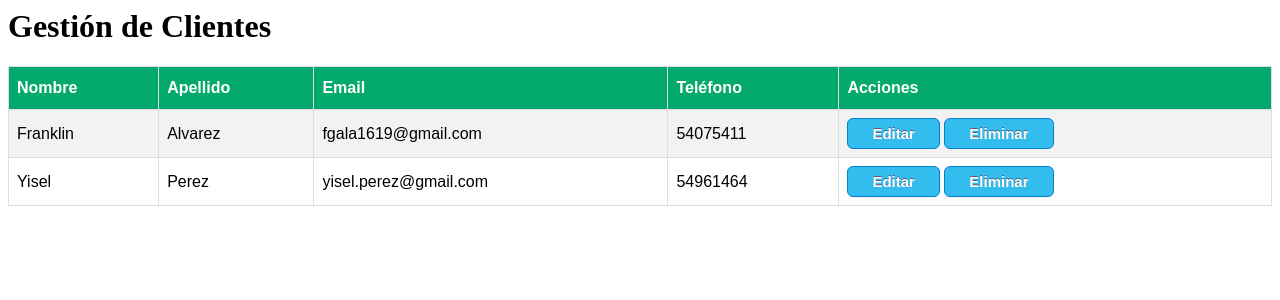
Repository: fgala1619/frontSistGestionBank
Page: index.html
These files come from the project's save history. The page is drawn as it stood at one moment and after the next save; the edit follows.
The browser window is 1280 px wide. The pictures show the whole page.

Above is the page before, as saved 2023-07-08 22:47:01.

### index.html
<h1>Gestión de Clientes</h1>

<table id="customers">
    <tr>
        <th>Nombre</th>
        <th>Apellido</th>
        <th>Email</th>
        <th>Teléfono</th>
        <th>Acciones</th>
    </tr>

    <tr>
        <td>Franklin</td>
        <td>Alvarez</td>
        <td>fgala1619@gmail.com</td>
        <td>54075411</td>
        <td>
            <a href="#" class="myButton">Editar</a>
            <a href="#" class="myButton">Eliminar</a>
        </td>
    </tr>

    <tr>
        <td>Yisel</td>
        <td>Perez</td>
        <td>yisel.perez@gmail.com</td>
        <td>54961464</td>
        <td>
            <a href="#" class="myButton">Editar</a>
            <a href="#" class="myButton">Eliminar</a>
        </td>
    </tr>
</table>

<style>
    #customers {
        font-family: Arial, Helvetica, sans-serif;
        border-collapse: collapse;
        width: 100%;
    }

    #customers td, #customers th {
        border: 1px solid #ddd;
        padding: 8px;
    }

    #customers tr:nth-child(even){background-color: #f2f2f2;}
    #customers tr:hover{background-color:#ddd;}

    #customers th{
        padding-top: 12px;
        padding-bottom: 12px;
        text-align: left;
        background-color: #04AA6D;
        color: white;
    }

    .myButton{
        box-shadow: 0px 1px 0px 0px #f0f7fa;
        background: linear-gradient(to bottom, #33bdef 5%,);
        background-color:#33bdef;
        border-radius: 6px;
        border: 1px solid #057fd0;
        display: inline-block;
        cursor: pointer;
        color: #ffffff;
        font-family: Arial;
        font-size: 15px;
        font-weight: bold;
        padding: 6px 24px;
        text-decoration: none;
        text-shadow: 0px -1px 0px #5b6178;
    }
    .myButton:hover{
        background: linear-gradient(to bottom, #019ad2 5%, #33bdef 100%);
        background-color:#019ad2;
    }
    .myButton:active{
        position: relative;
        top: 1px;
    }
</style>

After the next save:
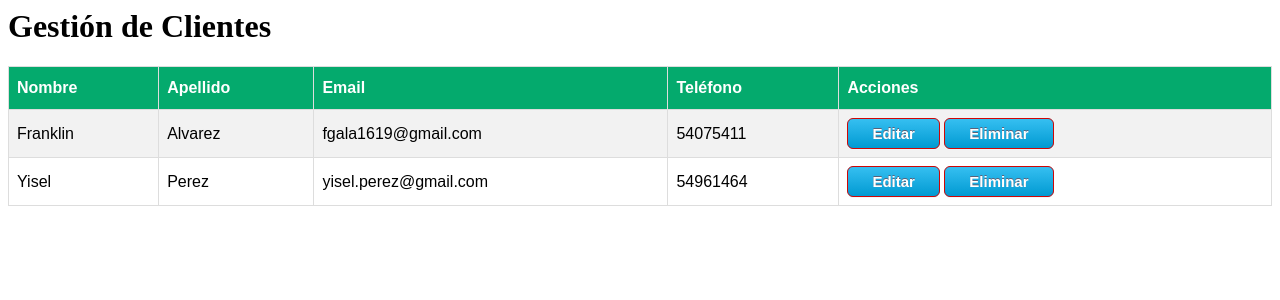
Saved 8 min 28 s later.
--- a/index.html
+++ b/index.html
@@ -57,7 +57,7 @@
 
     .myButton{
         box-shadow: 0px 1px 0px 0px #f0f7fa;
-        background: linear-gradient(to bottom, #33bdef 5%,);
+        background: linear-gradient(to bottom, #33bdef 5%, #019ad2 100%);
         background-color:#33bdef;
         border-radius: 6px;
         border: 1px solid #057fd0;
@@ -79,4 +79,29 @@
         position: relative;
         top: 1px;
     }
+
+    .myButton{
+        box-shadow: 0px 1px 0px 0px #f0f7fa;
+        background: linear-gradient(to bottom, #33bdef 5%, #019ad2 100%);
+        background-color:#33bdef;
+        border-radius: 6px;
+        border: 1px solid #cf0606;
+        display: inline-block;
+        cursor: pointer;
+        color: #ffffff;
+        font-family: Arial;
+        font-size: 15px;
+        font-weight: bold;
+        padding: 6px 24px;
+        text-decoration: none;
+        text-shadow: 0px -1px 0px #5b6178;
+    }
+    .myButton:hover{
+        background: linear-gradient(to bottom, #d10202 5%, #33bdef 100%);
+        background-color:#d10202;
+    }
+    .myButton:active{
+        position: relative;
+        top: 1px;
+    }
 </style>
